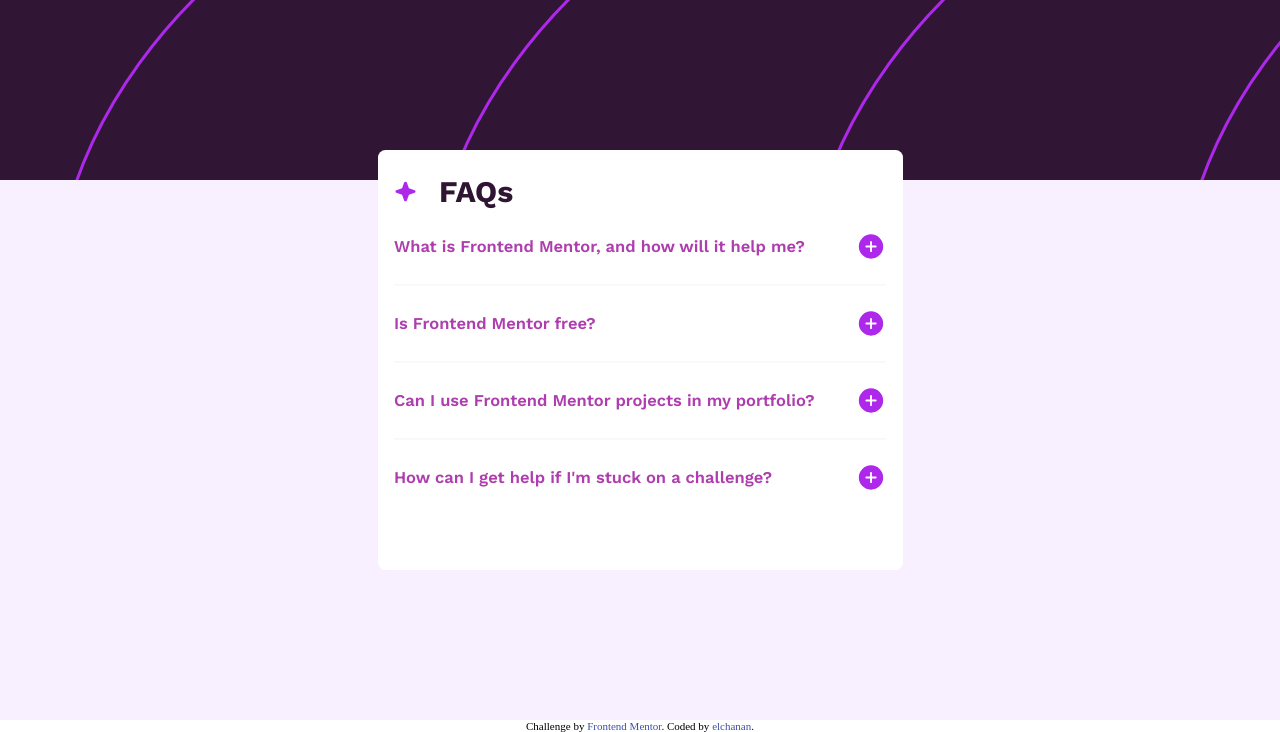
Repository: elchananChen/frontend-mentor-projects
Page: 2024/10/faQs/index.html
These files come from the project's save history. The page is drawn as it stood at one moment and after a run of saves; the edit follows.
The browser window is 1280 px wide. The pictures show the whole page.

Above is the page before, as saved 2024-10-16 00:29:05.

After the next 39 saves:
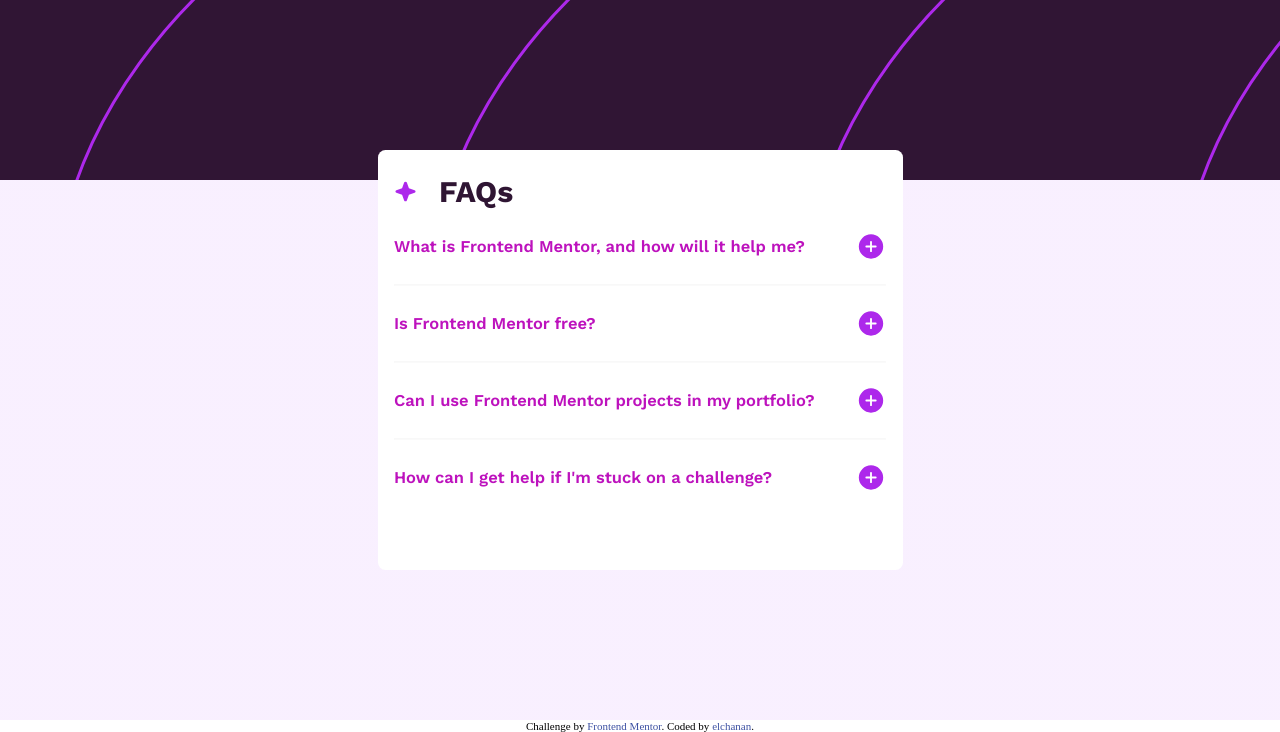
The 39 saves are shown as one change because they came seconds apart.
The last was saved 73 s later.
--- a/2024/10/faQs/style.css
+++ b/2024/10/faQs/style.css
@@ -12,7 +12,7 @@
   font-family: "work-sans";
   font-weight: 600;
   font-size: 1.1rem;
-  color: rgb(174, 61, 174);
+  color: rgb(189, 18, 189);
   /* color: var(--color-Dark-purple); */
 }
 h3:hover {
